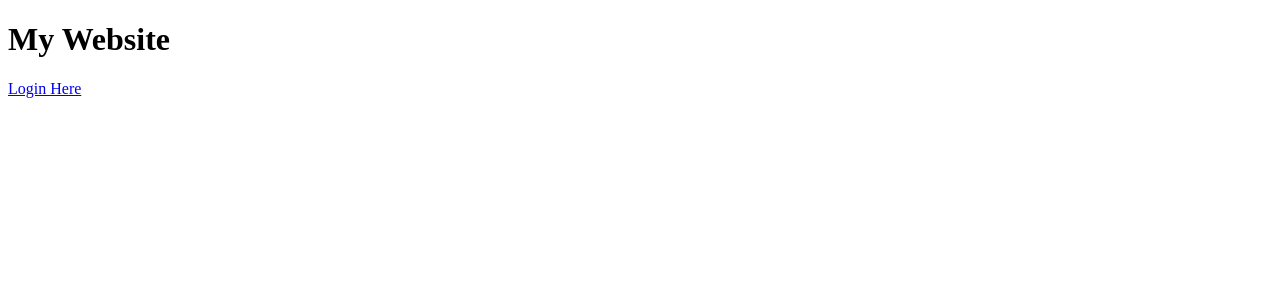
Repository: jyotiprajapati98/Techment_Training_2020
Page: Day 13 (servlets)/Techment_WebProject/WebContent/index.html
The author's editor kept a copy of each file at every save. The page is drawn from the files as they stood at one save, then again after the next save.
The browser window is 1280 px wide. The pictures show the whole page.

Above is the page before, as saved 2020-06-10 06:25:44.

After the next save:
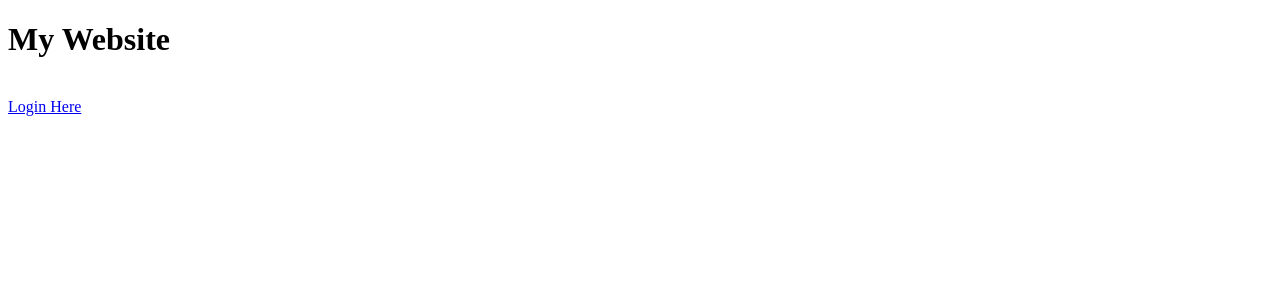
Saved 4 s later.
--- a/Day 13 (servlets)/Techment_WebProject/WebContent/index.html
+++ b/Day 13 (servlets)/Techment_WebProject/WebContent/index.html
@@ -5,7 +5,7 @@
 <title>Insert title here</title>
 </head>
 <body>
-  <H1>My Website</H1>
+  <H1>My Website</H1><br>
   <a href="login.html">Login Here</a>
 </body>
 </html>
